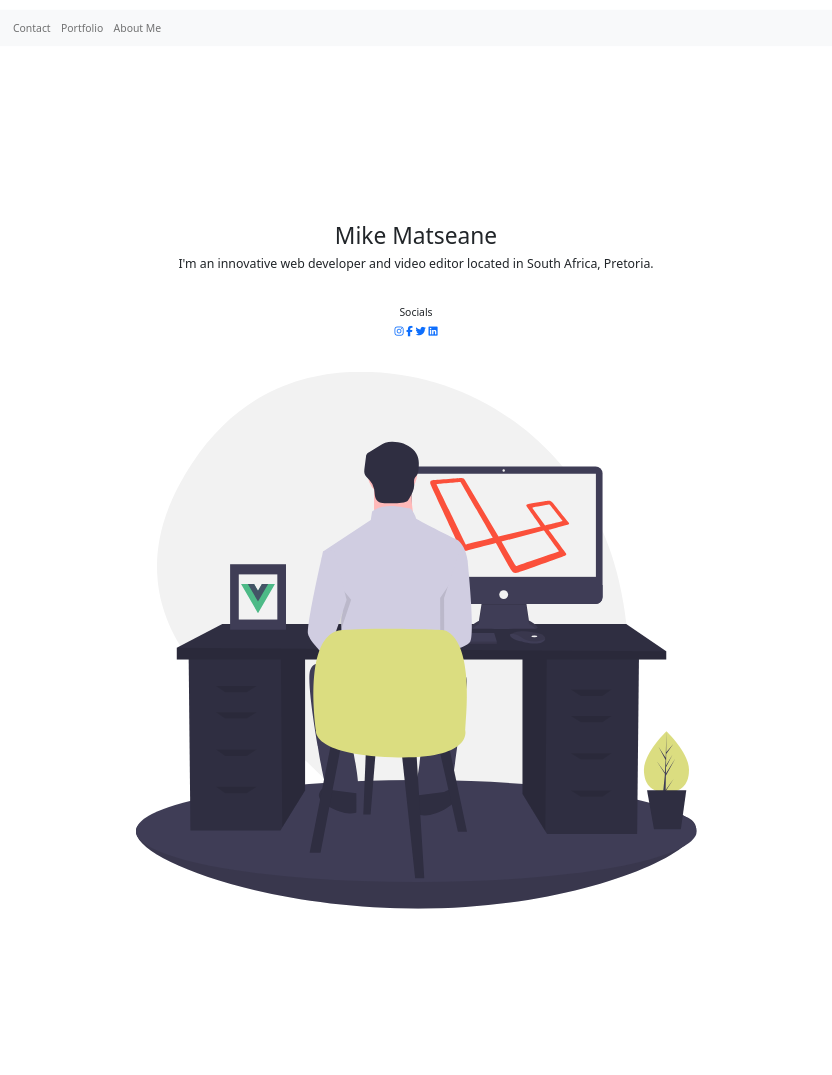
Repository: mikempho/resume10-Final
Page: resume10.html
These files come from the project's save history. The page is drawn as it stood at one moment and after the next save; the edit follows.
The browser window is 1280 px wide. The pictures show the whole page, at 65% of full size.
Some web libraries are served in a nearby version.

Above is the page before, as saved 2022-05-16 14:00:14.

After the next save:
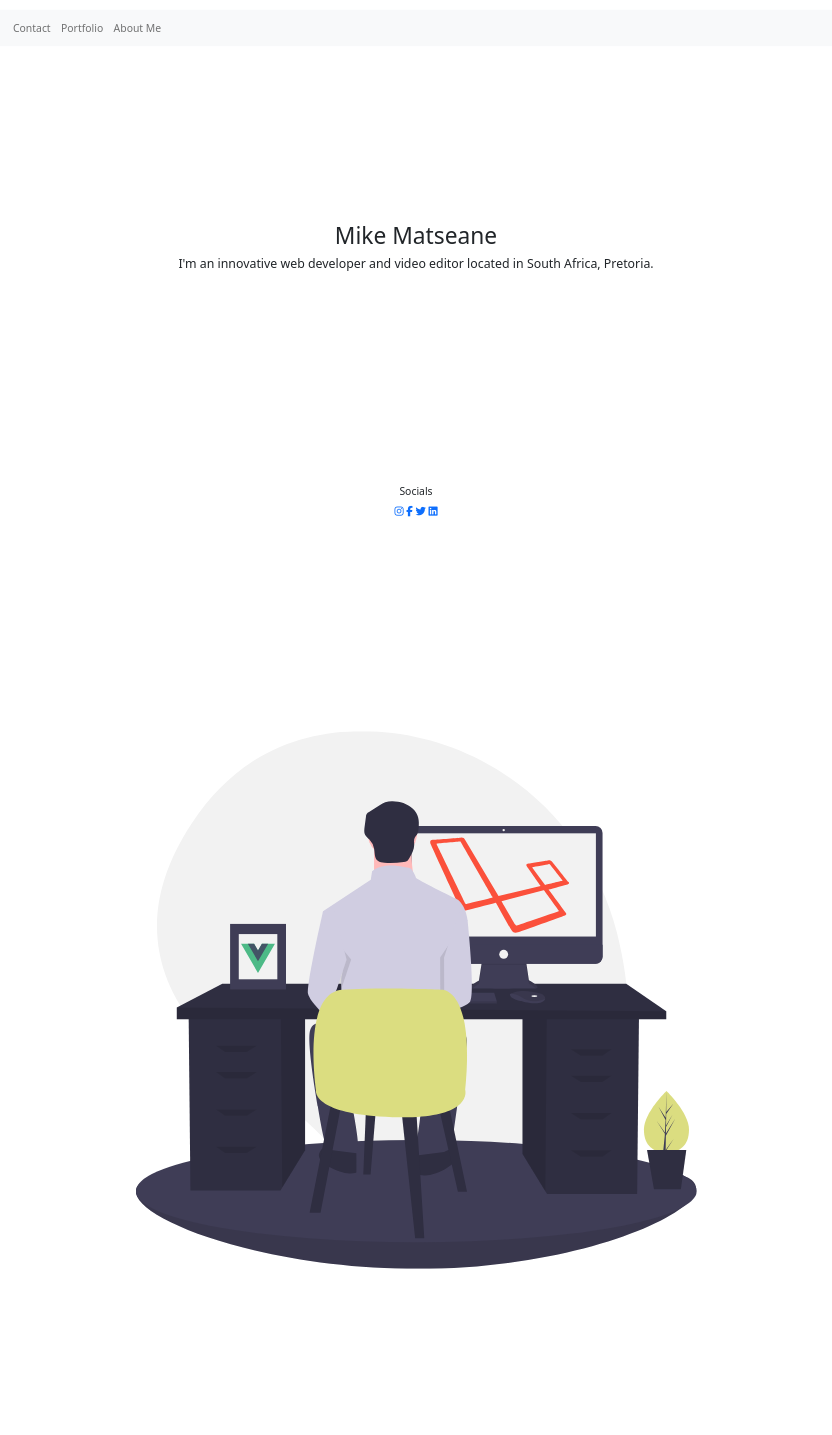
Saved 29 s later.
--- a/css/style.css
+++ b/css/style.css
@@ -29,5 +29,5 @@ p {
 }
 
 .icon-box {
-    margin: 50px 0;
+    margin: 30% 0;
 }
